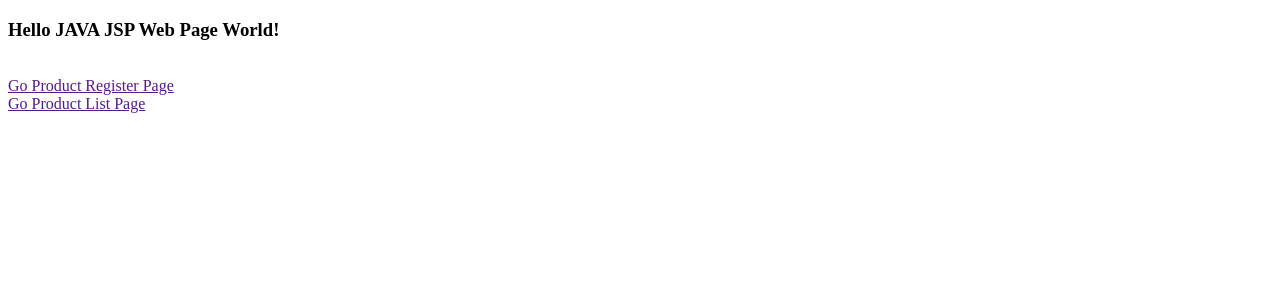
Repository: Raneechoi/java2022_09_03
Page: http://localhost/product/
An editor plug-in stored every save of this project. The page is shown before and after the next save, followed by the edit.
The browser window is 1280 px wide. The pictures show the whole page.
The page is served by Tomcat 9.

Above is the page before, as saved 2022-11-23 07:15:26.

After the next save:
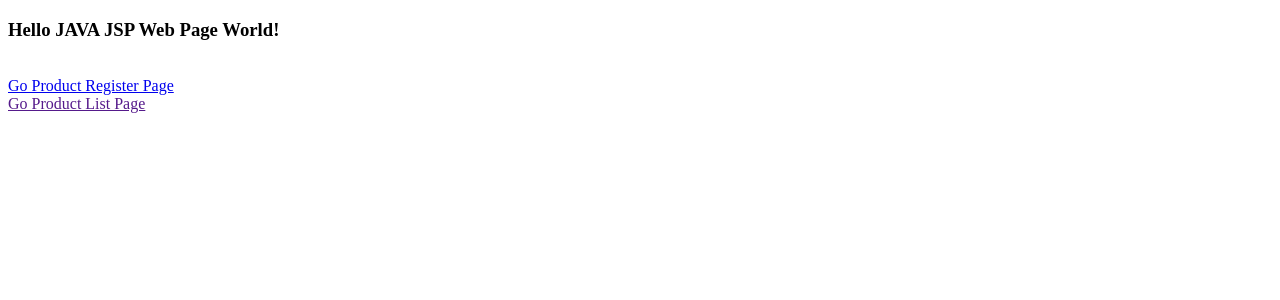
Saved 34 min 23 s later.
--- a/JSP_Product/product/src/main/webapp/index.jsp
+++ b/JSP_Product/product/src/main/webapp/index.jsp
@@ -8,7 +8,7 @@
 </head>
 <body>
 	<h3>Hello JAVA JSP Web Page World!</h3><br>
-	<a href="">Go Product Register Page</a><br>
+	<a href="product/register.pd">Go Product Register Page</a><br>
 	<a href="">Go Product List Page</a><br>
 </body>
 </html>
